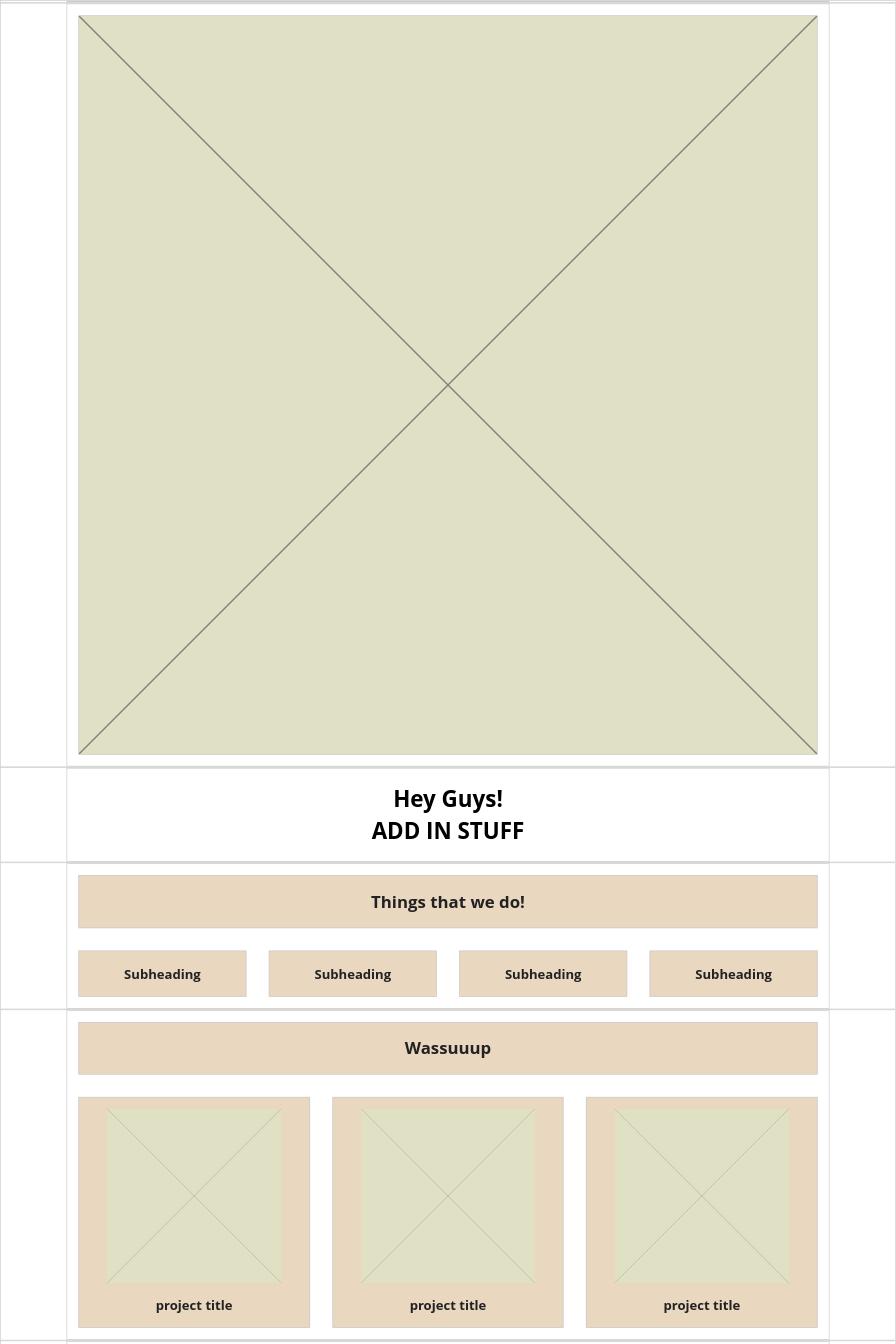
Repository: eilidhma/metrolics
Page: index.html
These files come from the project's save history. The page is drawn as it stood at one moment and after the next save; the edit follows.
The browser window is 1280 px wide. The pictures show the part of the page from y = 0 to 1920 px (the page is 3373 px tall before and 8085 px after), at 70% of full size.

Above is the page before, as saved 2021-02-02 17:45:25.

### index.html
<!doctype html>
<html class="no-js" lang="en">

<head>
  <meta charset="utf-8">
  <title>Metrolics</title>
  <meta name="description" content="">
  <meta name="viewport" content="width=device-width, initial-scale=1">

  <meta property="og:title" content="">
  <meta property="og:type" content="">
  <meta property="og:url" content="">
  <meta property="og:image" content="">

  <link rel="manifest" href="site.webmanifest">
  <link rel="apple-touch-icon" href="icon.png">
  <!-- Place favicon.ico in the root directory -->

  <link rel="stylesheet" href="css/normalize.css">
  <link rel="stylesheet" href="css/main.css">

  <meta name="theme-color" content="#fafafa">
</head>

<!--
<body class="page__home">
  <header class="page__header">
    <div class="page__title">
      <h1 class="large__headings">Metrolics</h1>
      <img src="" alt="metrolics__logo" class="header__icon">
    </div>
    <nav class="page__navigation">
      <ul class="navigation__section">
        <li class="navigation_items">
          <img src="" alt="home__icon" class="nav__icons">
          <p class="nav__titles">Home</p>
        </li>
        <li class="navigation_items">
          <img src="" alt="pages__icon" class="nav__icons">
          <p class="nav__titles">Pages</p>
        </li>
        <li class="navigation_items">
          <img src="" alt="blog__icon" class="nav__icons">
          <p class="nav__titles">Blog</p>
        </li>
        <li class="navigation_items">
          <img src="" alt="portfolio__icon" class="nav__icons">
          <p class="nav__titles">Portfolio</p>
        </li>
        <li class="navigation_items">
          <img src="" alt="mail__icon" class="nav__icons">
          <p class="nav__titles">Home</p>
        </li>
      </ul>
    </nav>
  </header>

  <section class="hero__section">
    <img src="" alt="hero__images">
    <ul class="hero__headings">
      <li>
        <div class="hero__headings__colour1"></div>
        <h2 class="medium__headings">Metro Style</h2>
      </li>
      <li>
        <div class="hero__headings__colour2"></div>
        <h2 class="medium__headings">Retina Ready</h2>
      </li>
      <li>
        <div class="hero__headings__colour3"></div>
        <h2 class="medium__headings">Responsive Design</h2>
      </li>
    </ul>
    <a class="prev" onclick="">
      <img src="" alt="previous button" class="prev__icon">
    </a>
    <a class="next" onclick="">
      <img src="" alt="next button" class="next__icon">
    </a>
  </section>

  <main class="page__main">
    <div class="page__intro">
      <div class="row">
        <h1 class="large__headings">Hey guys! This is the Metrolics theme. <br>
        It sports a responsive layout with a mobile layout.</h1>
      </div>
    </div>
    <section class="main__content__four__columns">
      <h2 class="medium__headings">Things That We Do</h2>
      <p class="main__text">Ask us what we can do for you</p>
      <div class="four__column__item">
        <img src="" alt="icon" class="four__column__icon">
        <h3 class="four__column__headers">Web Solutions</h3>
        <p class="main__text">"Lorem ipsum dolor sit amet, consectetur adipiscing elit, sed do eiusmod tempor incididunt ut labore et dolore magna aliqua. Ut enim ad minim veniam, quis nostrud exercitation ullamco laboris nisi ut aliquip ex ea commodo consequat."Lorem ipsum dolor sit amet, consectetur adipiscing elit, sed do eiusmod tempor incididunt ut labore et dolore magna aliqua. Ut enim ad minim veniam, quis nostrud exercitation ullamco laboris nisi ut aliquip ex ea commodo consequat.</p>
      </div>
      <div class="four__column__item">
        <img src="" alt="icon" class="four__column__icon">
        <h3 class="four__column__headers">Photography</h3>
        <p class="main__text">"Lorem ipsum dolor sit amet, consectetur adipiscing elit, sed do eiusmod tempor incididunt ut labore et dolore magna aliqua. Ut enim ad minim veniam, quis nostrud exercitation ullamco laboris nisi ut aliquip ex ea commodo consequat."Lorem ipsum dolor sit amet, consectetur adipiscing elit, sed do eiusmod tempor incididunt ut labore et dolore magna aliqua. Ut enim ad minim veniam, quis nostrud exercitation ullamco laboris nisi ut aliquip ex ea commodo consequat.</p>
      </div>
      <div class="four__column__item">
        <img src="" alt="icon" class="four__column__icon">
        <h3 class="four__column__headers">Web Development</h3>
        <p class="main__text">"Lorem ipsum dolor sit amet, consectetur adipiscing elit, sed do eiusmod tempor incididunt ut labore et dolore magna aliqua. Ut enim ad minim veniam, quis nostrud exercitation ullamco laboris nisi ut aliquip ex ea commodo consequat."Lorem ipsum dolor sit amet, consectetur adipiscing elit, sed do eiusmod tempor incididunt ut labore et dolore magna aliqua. Ut enim ad minim veniam, quis nostrud exercitation ullamco laboris nisi ut aliquip ex ea commodo consequat.</p>
      </div>
      <div class="four__column__item">
        <img src="" alt="icon" class="four__column__icon">
        <h3 class="four__column__headers">Web Design</h3>
        <p class="main__text">"Lorem ipsum dolor sit amet, consectetur adipiscing elit, sed do eiusmod tempor incididunt ut labore et dolore magna aliqua. Ut enim ad minim veniam, quis nostrud exercitation ullamco laboris nisi ut aliquip ex ea commodo consequat."Lorem ipsum dolor sit amet, consectetur adipiscing elit, sed do eiusmod tempor incididunt ut labore et dolore magna aliqua. Ut enim ad minim veniam, quis nostrud exercitation ullamco laboris nisi ut aliquip ex ea commodo consequat.</p>
      </div>
    </section>

    <h2 class="medium__headings">What's Up Lately?</h2>
    <p class="main__text">Read up on our latest work</p>

    <section class="main__content__three__columns">
      <div class="three__column__item">
        <img src="" alt="image" class="content__image">
        <div class="corner__content">
          <h3 class="three__column__headers">29</h3>
          <h6 class="subtext">Nov, 2013</h6>
        <div class="content__caption">
          <h3 class="content__title">Sample Image Post</h3>
          <p class="content__text">Photography</p>
        </div>
        </div>
      </div>
      <div class="three__column__item">
        <img src="" alt="image" class="content__image">
        <div class="corner__content">
          <h3 class="three__column__headers">29</h3>
          <h6 class="subtext">Nov, 2013</h6>
        </div>
        <div class="content__caption">
          <h3 class="content__title">Sample Image Post</h3>
          <p class="content__text">Photography</p>
        </div>
      </div>
      <div class="three__column__item">
        <img src="" alt="image" class="content__image">
        <div class="corner__content">
          <h3 class="three__column__headers">29</h3>
          <h6 class="subtext">Nov, 2013</h6>
        </div>
        <div class="content__caption">
          <h3 class="content__title">Sample Image Post</h3>
          <p class="content__text">Photography</p>
        </div>
      </div>
    </section>

   <hr>

    <h2 class="medium__headings">Our Latest Projects</h2>
    <p class="main__text">Client happy? We are happy</p>

    <section class="main__content__six__columns">
      <div class="six__column__item">
        <img src="" alt="image" class="content__image">
        <div class="content__caption">
          <h3 class="content__title">Sample Image Post</h3>
          <p class="content__text">Photography</p>
        </div>
      </div>
      <div class="six__column__item">
        <div class="content__caption">
          <h3 class="content__title">Sample Image Post</h3>
          <p class="content__text">Photography</p>
        </div>
      </div>
      <div class="six__column__item">
        <div class="content__caption">
          <h3 class="content__title">Sample Image Post</h3>
          <p class="content__text">Photography</p>
        </div>
      </div>
      <div class="six__column__item">
        <div class="content__caption">
          <h3 class="content__title">Sample Image Post</h3>
          <p class="content__text">Photography</p>
        </div>
      </div>
      <div class="six__column__item">
        <div class="content__caption">
          <h3 class="content__title">Sample Image Post</h3>
          <p class="content__text">Photography</p>
        </div>
      </div>
      <div class="six__column__item">
        <div class="content__caption">
          <h3 class="content__title">Sample Image Post</h3>
          <p class="content__text">Photography</p>
        </div>
      </div>
    </section>

    <h2 class="medium__headings">Thingsofabove</h2>
    <p class="main__text">Misc stuff we could not put anywhere else</p>

    <section class="detailed_content">
      <div class="menus">
        <details class="menus__items">
          <summary class="menu__titles">Sample Accordion Menu</summary>
          <img src="" alt="menu item icon" class="menu__icons">
          <h4 class="menu__content__titles">Web Solution</h4>
          <p class="menu__content__text">"Lorem ipsum dolor sit amet, consectetur adipiscing elit, sed do eiusmod tempor incididunt ut labore et dolore magna aliqua. Ut enim ad minim veniam, quis nostrud exercitation ullamco laboris nisi ut aliquip ex ea commodo consequat."Lorem ipsum dolor sit amet, consectetur adipiscing elit, sed do eiusmod tempor incididunt ut labore et dolore magna aliqua. Ut enim ad minim veniam, quis nostrud exercitation ullamco laboris nisi ut aliquip ex ea commodo consequat.</p>
        </details>
        <details class="menus__items">
          <summary class="menu__titles">Sample Accordion Menu 2</summary>
          <img src="" alt="menu item icon" class="menu__icons">
          <h4 class="menu__content__titles"></h4>
          <p class="menu__content__text"></p>
        </details>
        <details class="menus__items">
          <summary class="menu__titles">Sample Accordion Menu 3</summary>
          <img src="" alt="menu item icon" class="menu__icons">
          <h4 class="menu__content__titles"></h4>
          <p class="menu__content__text"></p>
        </details>
      </div>
      <div class="tabs">
        <nav class="tab__nav">
          <button class="tab__buttons" onclick="">Tab1</button>
          <button class="tab__buttons" onclick="">Tab2</button>
          <button class="tab__buttons" onclick="">Tab3</button>
        </nav>
        <div class="tab__content">
          <div class="tab__items">
            <img src="" alt="icon" class="tab__icons">
            <p class="tab__text">"Lorem ipsum dolor sit amet, consectetur adipiscing elit, sed do eiusmod tempor incididunt ut labore et dolore magna aliqua. Ut enim ad minim veniam, quis nostrud exercitation ullamco laboris nisi ut aliquip ex ea commodo consequat. </p>
          </div>
          <div class="tab__items">
            <img src="" alt="icon" class="tab__icons">
            <p class="tab__text">"Lorem ipsum dolor sit amet, consectetur adipiscing elit, sed do eiusmod tempor incididunt ut labore et dolore magna aliqua. Ut enim ad minim veniam, quis nostrud exercitation ullamco laboris nisi ut aliquip ex ea commodo consequat. </p>
          </div>
          <div class="tab__items">
            <img src="" alt="icon" class="tab__icons">
            <p class="tab__text">"Lorem ipsum dolor sit amet, consectetur adipiscing elit, sed do eiusmod tempor incididunt ut labore et dolore magna aliqua. Ut enim ad minim veniam, quis nostrud exercitation ullamco laboris nisi ut aliquip ex ea commodo consequat. </p>
          </div>
          <div class="tab__items">
            <img src="" alt="icon" class="tab__icons">
            <p class="tab__text">"Lorem ipsum dolor sit amet, consectetur adipiscing elit, sed do eiusmod tempor incididunt ut labore et dolore magna aliqua. Ut enim ad minim veniam, quis nostrud exercitation ullamco laboris nisi ut aliquip ex ea commodo consequat. </p>
          </div>
        </div>
      </div>
    <article class="brand_ads">
      <img src="" alt="image" class="brand__images">
      <img src="" alt="image" class="brand__images">
      <img src="" alt="image" class="brand__images">
      <img src="" alt="image" class="brand__images">
      <img src="" alt="image" class="brand__images">
    </article>
    </section>
  </main>

  <footer class="footer">
    <section class="footer__top">
      <img src="" alt="image" class="footer__top__image">
      <div>
        <h5 class="footer__top__title">Peewee Herman</h5>
        <p class="footer__top__text">Peewee has over 10 years experience in the industry. He is our Creative Director, digital designer, web designer and front-end developer. He is also pretty good with a sketch-book. Before starting the company Peewee worked as a designer and studio manager for a design house who boasted a number of big name clients.</p>
      </div>
    </section>

    <hr>

    <section class="footer__main">
      <div class="footer__main__content">
        <h3 class="content__title">About Us</h3>
        <hr>
        <p class="footer__text"></p>
        <div class="footer__icons__container">
          <img src="" alt="icon" class="footer__icons">
          <img src="" alt="icon" class="footer__icons">
          <img src="" alt="icon" class="footer__icons">
          <img src="" alt="icon" class="footer__icons">
          <img src="" alt="icon" class="footer__icons">
        </div>
      </div>
      <div class="footer__main__content">
        <h3 class="content__title">Flickr Photos</h3>
        <hr>
        <div class="footer__images__container">
          <img src="" alt="image" class="footer__images">
          <img src="" alt="image" class="footer__images">
          <img src="" alt="image" class="footer__images">
          <img src="" alt="image" class="footer__images">
          <img src="" alt="image" class="footer__images">
          <img src="" alt="image" class="footer__images">
        </div>
      </div>
      <div class="footer__main__content">
        <h3 class="content__title">Recent Tweets</h3>
        <hr>
        <div class="footer__sub__content">
          <img src="" alt="icon" class="footer__sub__content__icons">
          <p class="footer__text"></p>
        </div>
      </div>
      <div class="footer__main__content">
        <h3 class="content__title">Newsletter</h3>
        <hr>
        <p class="footer__text"></p>
        <div class="email">
          <input type="email" class="email__input">
          <button class="email__send"></button>
        </div>
      </div>
    </section>

    <section class="footer__bottom">
      <div class="footer__bottom__item"></div>
      <div class="footer__bottom__item"></div>
      <div class="footer__bottom__item"></div>
      <div class="footer__bottom__item"></div>
      <div class="footer__bottom__item"></div>
    </section>
  </footer> -->

  <!-- <script src="js/vendor/modernizr-3.11.2.min.js"></script>
  <script src="js/plugins.js"></script>
  <script src="js/main.js"></script>-->

  <!-- Google Analytics: change UA-XXXXX-Y to be your site's ID. -->
  <!-- <script>
    window.ga = function () { ga.q.push(arguments) }; ga.q = []; ga.l = +new Date;
    ga('create', 'UA-XXXXX-Y', 'auto'); ga('set', 'anonymizeIp', true); ga('set', 'transport', 'beacon'); ga('send', 'pageview')
  </script>
  <script src="https://www.google-analytics.com/analytics.js" async></script>
</body> -->

<body class="page page-home">
  <header class="page__header">
    <div class="row"></div>
  </header>

  <div class="page__slider">
    <div class="row">
      <div class="column">
        <img src="img/placeholder.svg" alt="slider placeholder">
      </div>
    </div>
  </div>

  <div class="page__intro">
    <div class="row">
      <h1 class="heading">
      Hey Guys! <br>
      ADD IN STUFF
      </h1>
    </div>
  </div>

  <section class="about">
    <div class="row l-col-4">
      <div class="column span-full">
        <h2 class="heading">
          Things that we do!
        </h2>
      </div>
      <div class="column">
        <h3 class="heading">Subheading</h3>
      </div>
      <div class="column">
        <h3 class="heading">Subheading</h3>
      </div>
      <div class="column">
        <h3 class="heading">Subheading</h3>
      </div>
      <div class="column">
        <h3 class="heading">Subheading</h3>
      </div>
    </div>
  </section>

  <section class="projects--new">
    <div class="row m-col-2 l-col-3">
      <div class="column span-full">
        <h2 class="heading">
          Wassuuup
        </h2>
      </div>
      <div class="column">
        <figure class="project">
          <img src="img/placeholder.svg" alt="placeholder">
          <figcaption class="project__caption">
            <h3 class="heading">project title</h3>
          </figcaption>
        </figure>
      </div>
      <div class="column">
        <figure class="project">
          <img src="img/placeholder.svg" alt="placeholder">
          <figcaption class="project__caption">
            <h3 class="heading">project title</h3>
          </figcaption>
        </figure>
      </div>
      <div class="column">
        <figure class="project">
          <img src="img/placeholder.svg" alt="placeholder">
          <figcaption class="project__caption">
            <h3 class="heading">project title</h3>
          </figcaption>
        </figure>
      </div> <!-- project column ends here -->
    </div>
  </section> <!-- projects-new ends here -->

  <section class="projects">
    <div class="row m-col-2 l-col-3">
      <div class="column span-full">
        <h2 class="heading">
          Wassuuup
        </h2>
      </div>
      <div class="column">
        <figure class="project">
          <img src="img/placeholder.svg" alt="placeholder">
          <figcaption class="project__caption">
            <h3 class="heading">project title</h3>
          </figcaption>
        </figure>
      </div>
      <div class="column">
        <figure class="project">
          <img src="img/placeholder.svg" alt="placeholder">
          <figcaption class="project__caption">
            <h3 class="heading">project title</h3>
          </figcaption>
        </figure>
      </div>
      <div class="column">
        <figure class="project">
          <img src="img/placeholder.svg" alt="placeholder">
          <figcaption class="project__caption">
            <h3 class="heading">project title</h3>
          </figcaption>
        </figure>
      </div>
      <div class="column">
        <figure class="project">
          <img src="img/placeholder.svg" alt="placeholder">
          <figcaption class="project__caption">
            <h3 class="heading">project title</h3>
          </figcaption>
        </figure>
      </div>
      <div class="column">
        <figure class="project">
          <img src="img/placeholder.svg" alt="placeholder">
          <figcaption class="project__caption">
            <h3 class="heading">project title</h3>
          </figcaption>
        </figure>
      </div>
      <div class="column">
        <figure class="project">
          <img src="img/placeholder.svg" alt="placeholder">
          <figcaption class="project__caption">
            <h3 class="heading">project title</h3>
          </figcaption>
        </figure>
      </div>
    </div>
  </section> <!-- projects-new ends here -->

  <section class="thingsofabove">
    <div class="row l-col-2">
      <div class="column span-full">
        <h2 class="heading">
          Things of above
        </h2>
      </div>
      <div class="column">
        <p>GUI element here</p>
      </div>
      <div class="column">
        <p>GUI element here</p>
      </div>
    </div>
  </section>

  <div class="sponsors">
    <div class="row m-col-5">
      <div class="column">
        <img src="img/placeholder.svg" alt="sponsor placeholder">
      </div>
      <div class="column">
        <img src="img/placeholder.svg" alt="sponsor placeholder">
      </div>
      <div class="column">
        <img src="img/placeholder.svg" alt="sponsor placeholder">
      </div>
      <div class="column">
        <img src="img/placeholder.svg" alt="sponsor placeholder">
      </div>
      <div class="column">
        <img src="img/placeholder.svg" alt="sponsor placeholder">
      </div>
    </div>
  </div>

  <footer class="page__footer">
    <div class="row m-col-2 l-col-4">
      <div class="page__footer__intro column span-full">
        <h3 class="heading">
          Peeww Herman intro
        </h3>
      </div>
      <div class="column">
        <h4 class="heading">
          footer subheading
        </h4>
      </div>
      <div class="column">
        <h4 class="heading">
          footer subheading
        </h4>
      </div>
      <div class="column">
        <h4 class="heading">
          footer subheading
        </h4>
      </div>
      <div class="column">
        <h4 class="heading">
          footer subheading
        </h4>
      </div>
    </div>
  </footer>

  <script src="js/vendor/modernizr-3.11.2.min.js"></script>
  <script src="js/plugins.js"></script>
  <script src="js/main.js"></script>

  <!-- Google Analytics: change UA-XXXXX-Y to be your site's ID. -->
  <script>
    window.ga = function () { ga.q.push(arguments) }; ga.q = []; ga.l = +new Date;
    ga('create', 'UA-XXXXX-Y', 'auto'); ga('set', 'anonymizeIp', true); ga('set', 'transport', 'beacon'); ga('send', 'pageview')
  </script>
  <script src="https://www.google-analytics.com/analytics.js" async></script>

</body>


</html>

Loaded but not shown: css/normalize.css (library); js/vendor/modernizr-3.11.2.min.js (library); js/plugins.js (24 lines, source omitted); css/main.css (355 lines, source omitted); js/main.js (no copy from this time; the picture is the same without it)

After the next save:
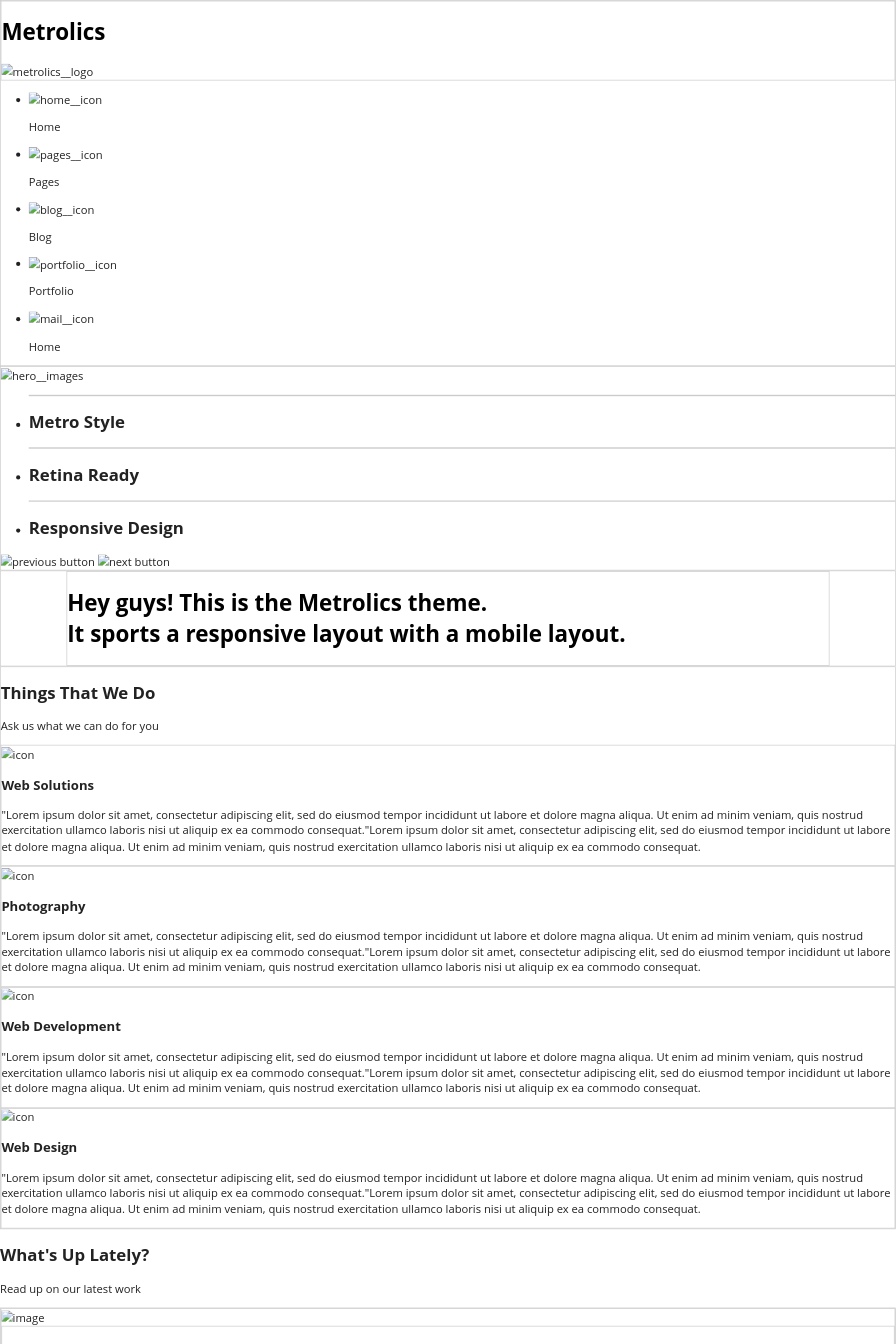
Saved 24 s later.
--- a/index.html
+++ b/index.html
@@ -22,7 +22,7 @@
   <meta name="theme-color" content="#fafafa">
 </head>
 
-<!--
+
 <body class="page__home">
   <header class="page__header">
     <div class="page__title">
